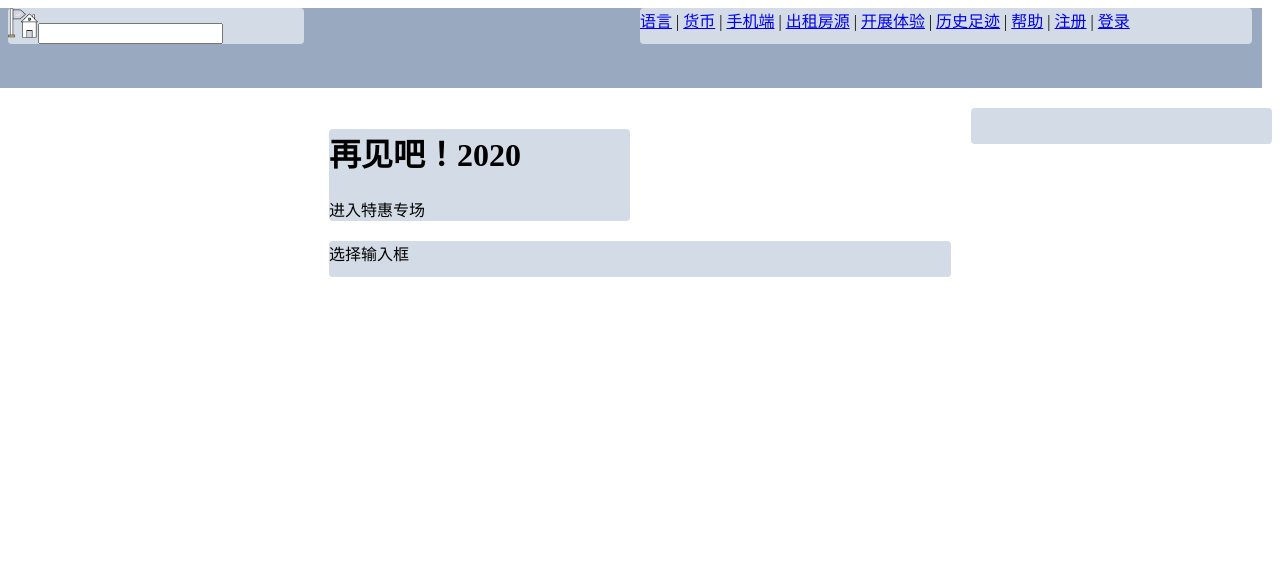
Repository: yz1181214391/my-airbnb
Page: /
An editor plug-in stored every save of this project. The page is shown before and after the next save, followed by the edit.
The browser window is 1280 px wide. The page is 1282 px wide, so the pictures cover 1282 px, including what lies to the right of the window. The pictures show the whole page.
The project was rebuilt for these pictures with package versions that can differ from the ones it lists, and the page was loaded fresh each time. Also part of the build but not shown: src/components/Banner.vue, src/views/Language.vue, src/views/Currency.vue, src/views/Enter.vue, src/views/Experience.vue, src/views/Help.vue, src/views/History.vue, src/views/Mobile.vue and 2 more.

Above is the page before, as saved 2020-12-09 13:56:37.

After the next save:
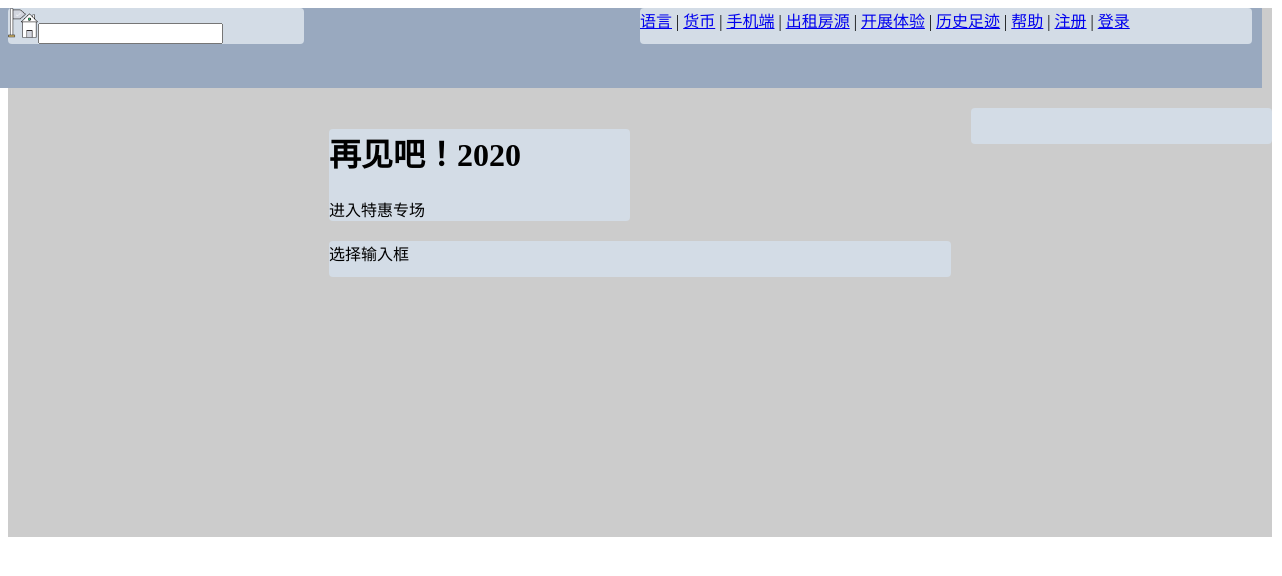
Saved 26 s later.
--- a/src/components/Header.vue
+++ b/src/components/Header.vue
@@ -53,6 +53,12 @@
 
 
 <style lang="less">
+.airbnb-box{
+    width: 100%;
+    height: 529px;
+    background-color: #cccccc;
+  }
+
 .el-row {
     margin-bottom: 20px;
     &:first-child{
